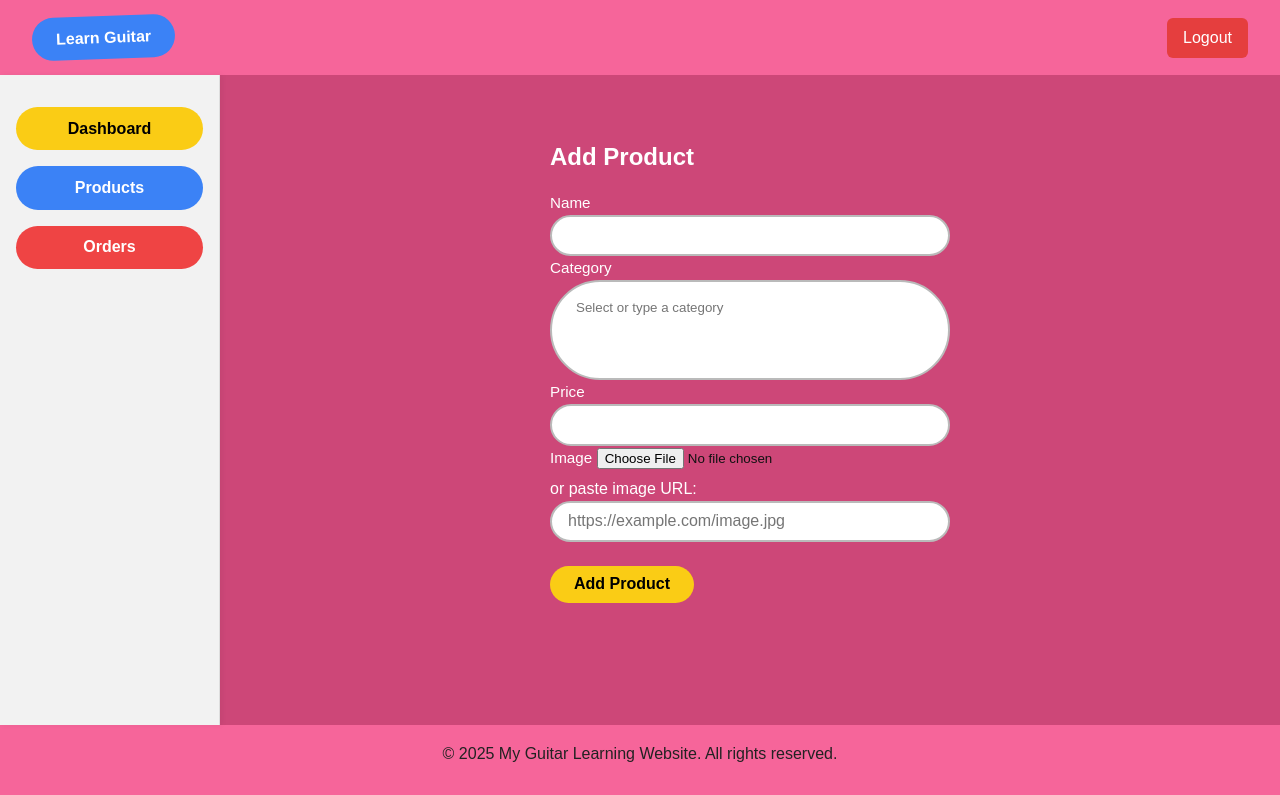
Repository: rywkoo/LearnGuitar
Page: templates/admin/addproduct.html
The author's editor kept a copy of each file at every save. The page is drawn from the files as they stood at one save, then again after the next save.
The browser window is 1280 px wide. The pictures show the whole page.
The page is served by the project's application, run on Flask 3 (app.py). Other server files are loaded and not shown. The template is opened directly, without the code that normally fills it, so the values that code supplies are empty.

Above is the page before, as saved 2025-08-25 22:40:38.

### templates/admin/addproduct.html
{% extends "admin/admin_master.html" %}

{% block main_content %}


<style>
.custom-dropdown {
  position: relative;
  width: 100%;
  height: 100px;
}

.custom-dropdown input {
  width: 100%;
  padding: 0.5rem;
  border-radius: 8px;
  border: 1px solid #ccc;
}

.dropdown-list {
  position: absolute;
  top: 100%;
  left: 0;
  right: 0;
  background: #fff;
  max-height: 150px;
  overflow-y: auto;
  border: 1px solid #ccc;
  border-radius: 8px;
  display: none;
  margin-top: 2px;
  z-index: 10;
}

.dropdown-list li {
  padding: 0.5rem;
  cursor: pointer;
}

.dropdown-list li:hover {
  background: #f0f0f0;
}

.dropdown-list li.other {
  font-style: italic;
  color: #555;
}
</style>


<div style="width: 400px; margin: 2rem auto;">
    <h2 style="color: white; margin-bottom: 1rem;">Add Product</h2>

    <form id="addProductForm" method="POST" enctype="multipart/form-data">
        <!-- Name -->
        <div class="mb-3">
            <label style="color: white;">Name</label>
            <input class="input" type="text" name="name" required>
        </div>

        <!-- Category -->
        <div class="mb-3">
            <label style="color: white;">Category</label>
            <div class="custom-dropdown input">
                <input
                    type="text"
                    id="categoryInput"
                    name="category"
                    placeholder="Select or type a category"
                    autocomplete="off"
                    value="{{ product['category'] if product else '' }}"
                    required
                    style="
                        background-color: white;
                        color: black;
                        border: none;
                        outline: none;
                        box-shadow: none;
                    "
                >

                <ul class="dropdown-list" id="categoryList">
                    {% for cat in categories %}
                        <li>{{ cat }}</li>
                    {% endfor %}
                    <li class="other">Other...</li>
                </ul>
            </div>
        </div>


        <!-- Price -->
        <div class="mb-3">
            <label style="color: white;">Price</label>
            <input class="input" type="number" name="price" required>
        </div>

        <!-- Image -->
        <div class="mb-3">
            <label style="color: white;">Image</label>
            <input type="file" name="image_file" accept="image/*" style="margin-bottom: 0.5rem;">
            <br>
            <span style="color: white;">or paste image URL:</span>
            <input class="input" type="text" name="image_url" placeholder="https://example.com/image.jpg">
        </div>

        <!-- Submit -->
    </br>
        <button class="btn btn-primary" type="submit">Add Product</button>
    </form>
</div>

<!-- Success Modal -->
<div id="successModal" style="
    display: none;
    position: fixed;
    inset: 0;
    background: rgba(0,0,0,0.5);
    justify-content: center;
    align-items: center;
    z-index: 999;
">
    <div style="
        background: #fff;
        padding: 2rem;
        border-radius: 12px;
        text-align: center;
        width: 300px;
    ">
        <div style="font-size: 3rem; color: green;">✔️</div>
        <h3>New Product Added!</h3>
    </div>
</div>

<script>
const form = document.getElementById('addProductForm');
const modal = document.getElementById('successModal');

form.addEventListener('submit', function(event) {
    event.preventDefault(); // Prevent default form submission

    const formData = new FormData(form);

    fetch(form.action || window.location.href, {
        method: 'POST',
        body: formData
    })
    .then(res => {
        if (res.ok) {
            // Show modal
            modal.style.display = 'flex';

            // Redirect to product list after 1.5s
            setTimeout(() => {
                window.location.href = "{{ url_for('admin_products') }}";
            }, 1500);
        } else {
            res.text().then(txt => alert('Error adding product: ' + txt));
        }
    })
    .catch(err => {
        console.error(err);
        alert('Error adding product.');
    });
});
</script>

<script>
const input = document.getElementById('categoryInput');
const list = document.getElementById('categoryList');

input.addEventListener('focus', () => {
  list.style.display = 'block';
});

input.addEventListener('input', () => {
  const value = input.value.toLowerCase();
  Array.from(list.children).forEach(li => {
    li.style.display = li.textContent.toLowerCase().includes(value) ? 'block' : 'none';
  });
});

Array.from(list.children).forEach(li => {
  li.addEventListener('click', () => {
    if (li.classList.contains('other')) {
      input.value = '';
      input.focus();
    } else {
      input.value = li.textContent;
    }
    list.style.display = 'none';
  });
});

document.addEventListener('click', e => {
  if (!e.target.closest('.custom-dropdown')) {
    list.style.display = 'none';
  }
});
</script>
{% endblock %}

### templates/admin/admin_master.html
<!DOCTYPE html>
<html lang="en">
<head>
  <meta charset="UTF-8">
  <title>{% block title %}My Flask App{% endblock %}</title>
  {% include "css.html" %}
</head>
<body style="margin:0; font-family: sans-serif;">

  <!-- ===== Navbar ===== -->
  <nav style="padding: 1rem 2rem; display: flex; justify-content: space-between; align-items: center; background: #f6659a; color:white;">
    <a href="/" class="btn btn-secondary btn-lg" style="transform: rotate(-2deg);">Learn Guitar</a>
    <div class="nav-links" style="display: flex; gap:5px;">
      <a href="/logout" style="padding: 0.5rem 1rem; background: #e53e3e; color:white; border-radius: 6px; text-decoration:none;">Logout</a>
    </div>
  </nav>

  <!-- ===== Layout Wrapper ===== -->
  <div style="display: flex; min-height: calc(100vh - 70px);">

    <!-- ===== Sidebar ===== -->
    <aside style="
      width: 220px;
      background: #f2f2f2;
      padding: 2rem 1rem;
      border-right: 1px solid #ddd;
      box-shadow: 2px 0 6px rgba(0,0,0,0.05);
    ">
      <nav style="display: flex; flex-direction: column; gap: 1rem;">
        <a class="btn btn-primary" href="/admin" >Dashboard</a>
        <a class="btn btn-secondary" href="/admin/products" >Products</a>
        <a class="btn btn-danger" href="/admin/orders" >Orders</a>
      </nav>
    </aside>

    <!-- ===== Main Content ===== -->
    <main style="flex: 1; padding: 2rem;">
      {% block main_content %}
      <!-- Page content will go here -->
      {% endblock %}
    </main>

  </div>

  <!-- ===== Footer ===== -->
  <footer style="text-align: center; padding: 1rem 1rem; background: #f6659a; color:white; border-top: 1px solid #f6659a;">
    <p>&copy; 2025 My Guitar Learning Website. All rights reserved.</p>
  </footer>

  {% include "script.html" %}

  <script src="https://unpkg.com/vue@3/dist/vue.global.js"></script>
</body>
</html>

### templates/css.html
<!-- css.html -->
<link rel="stylesheet" href="{{ url_for('static', filename='css/btn.css') }}">
<link rel="stylesheet" href="{{ url_for('static', filename='css/card.css') }}">
<link rel="stylesheet" href="{{ url_for('static', filename='css/input.css') }}">
<link rel="stylesheet" href="{{ url_for('static', filename='css/typography.css') }}">
<link rel="stylesheet" href="{{ url_for('static', filename='css/style.css') }}">
<link rel="stylesheet" href="{{ url_for('static', filename='css/animation.css') }}">
<link rel="stylesheet" href="{{ url_for('static', filename='css/lesson.css') }}">
<link rel="stylesheet" href="{{ url_for('static', filename='css/shop.css') }}">

### templates/script.html
<script src="https://cdn.jsdelivr.net/npm/sweetalert2@11"></script>
<script>
  // ===== Background Slider =====
  (function() {
    const bgSlider = document.querySelector('.hero-left .hero-bg-slider');
    if (!bgSlider) return; // Exit if element doesn't exist

    const images = [
      'https://www.uk-anime.net/images/bocchimain.png',
      'https://www.cnet.com/a/img/resize/3b4b3e192a9d75bd060ba4debe8d13a14caef990/hub/2024/07/06/b6981ace-771d-4971-8a9e-60e8c83bc66e/bocchi-the-rock-photo-1.jpg?auto=webp&fit=crop&height=900&width=1200',
      'https://www.uk-anime.net/images/bocchimain.png',
      'https://www.cnet.com/a/img/resize/3b4b3e192a9d75bd060ba4debe8d13a14caef990/hub/2024/07/06/b6981ace-771d-4971-8a9e-60e8c83bc66e/bocchi-the-rock-photo-1.jpg?auto=webp&fit=crop&height=900&width=1200'
    ];

    let current = 0;

    function changeBackground() {
      bgSlider.style.backgroundImage = `url(${images[current]})`;
      current = (current + 1) % images.length;
    }

    changeBackground();
    setInterval(changeBackground, 5000);
  })();
</script>

<script>
  // ===== Quantity Adjust =====
  function adjustQty(delta) {
    const input = document.getElementById('quantityInput');
    if (!input) return; // Exit if element doesn't exist

    let value = parseInt(input.value);
    if (!isNaN(value)) {
      input.value = Math.max(1, value + delta);
    }
  }
</script>

### app.py
from flask import Flask, render_template, request, redirect, url_for, flash, session, jsonify
from flask_mail import Mail, Message
import json
import requests
from datetime import date
from dotenv import load_dotenv
import os
from reportlab.lib.pagesizes import letter
from reportlab.pdfgen import canvas

app = Flask(__name__)
app.secret_key = "741e4fa4-f067-4aec-b48d-deb18e9cca92"

import route

@app.route("/components")
def components():
    return render_template("component.html")

if __name__ == "__main__":
    app.run(debug=True)

### static/css/btn.css
.btn {
  display: inline-block;
  padding: 0.6rem 1.5rem;
  border-radius: 9999px;  /* fully rounded */
  border: none;
  cursor: pointer;
  font-weight: 600;
  text-decoration: none;
  transition: background 0.2s, box-shadow 0.2s;
  font-size: 1rem;

  /* Add shadow */
/* flat shadow downwards */
}

/* Optional: hover effect (slightly stronger shadow) */
.btn:hover {
  box-shadow: 0 3px 0 #45454576;
}

/* Primary: Yellow bg, black text */
.btn-primary {
  background: #facc15;
  color: #000;
}

/* Secondary: Blue bg, white text */
.btn-secondary {
  background: #3b82f6;
  color: #fff;
}

/* Danger: Red bg, white text */
.btn-danger {
  background: #ef4444;
  color: #fff;
}

### static/css/card.css
/* ===== Base Card Component ===== */
.card {
  border-radius: 16px;       /* rounded corners */
  padding: 1.5rem;
  margin-bottom: 1.5rem;
  transition: box-shadow 0.3s, transform 0.2s;
  color: #111;               /* default text color */
  box-shadow: 0 4px 0 #888888; /* default flat shadow */
}

.card:hover {
  transform: translateY(-2px);
  box-shadow: 0 6px 0 #888888; /* slightly longer shadow on hover */
}

/* ===== Card Variants ===== */

/* Primary - Pink */
.card-pink {
  background: #f6659a;       /* light pink */
  box-shadow: 0 4px 0 #d35c7f;
}
.card-pink:hover {
  box-shadow: 0 6px 0 #af4d6b;
}

/* Secondary - Yellow */
.card-yellow {
  background: #facc15;       /* yellow */
  box-shadow: 0 4px 0 #d4a90f;
}
.card-yellow:hover {
  box-shadow: 0 6px 0 #e0b01a;
}

/* Danger/Accent - Blue */
.card-blue {
  background: #3b82f6;       /* blue */
  color: #fff;               /* white text for contrast */
  box-shadow: 0 4px 0 #2563eb;
}
.card-blue:hover {
  box-shadow: 0 6px 0 #1d4ed8;
}

/* Card header */
.card h2 {
  font-size: 1.25rem;
  margin-bottom: 0.8rem;
}

/* Card paragraph/text */
.card p {
  font-size: 1rem;
}

### static/css/input.css
/* ===== Input Fields ===== */
* {
  margin: 0;
  padding: 0;
  box-sizing: border-box; /* ensures padding is included in width */
}


.input {
  width: 100%;
  padding: 0.6rem 1rem;
  border: 2px solid #bababa;   /* gray border matching shadow */
  border-radius: 9999px;       /* fully rounded, like buttons */
  background: #ffffff;         /* very light pink background */
  font-size: 1rem;
  outline: none;
  transition: border-color 0.2s, box-shadow 0.2s;
  color: #111;                 /* dark text */
}

### static/css/typography.css
/* ===== Global Text Settings ===== */
body {
  font-family: 'Segoe UI', Tahoma, Geneva, Verdana, sans-serif;
  color: #111;       /* dark text for readability */
  line-height: 1.5;
  background: #fffafc; /* subtle light background */
}

/* ===== Headings ===== */
h1 {
  font-size: 2rem;
  font-weight: 700;
  margin-bottom: 1rem;
  color: #111;
}

h2 {
  font-size: 1.5rem;
  font-weight: 600;
  margin-bottom: 0.8rem;
  color: #111;
}

h3 {
  font-size: 1.25rem;
  font-weight: 500;
  margin-bottom: 0.6rem;
  color: #111;
}

/* ===== Paragraphs ===== */
p {
  font-size: 1rem;
  margin-bottom: 0.8rem;
  color: #222;  /* slightly lighter than headings */
}

/* ===== Labels ===== */
label {
  font-size: 0.95rem;
  font-weight: 500;
  color: #111;
}

/* ===== Links ===== */
a {
  text-decoration: none;
  transition: color 0.2s;
}

a:hover {
  text-decoration: none;
}

/* ===== Small Text ===== */
small {
  font-size: 0.85rem;
  color: #ffffff;
}

/* ===== Button Text ===== */
.btn {
  font-family: inherit; /* use same font as body */
  font-weight: 600;
  font-size: 1rem;
  text-align: center;
}

### static/css/style.css
body {
    background-color: #cd4778;
}

### static/css/animation.css

/* Animate background position horizontally */
@keyframes slideBg {
  0% { background-position: 0% center; }
  25% { background-position: 100% center; }
  50% { background-position: 200% center; }
  75% { background-position: 300% center; }
  100% { background-position: 400% center; }
}

### static/css/lesson.css
/* ===== Lesson Cards ===== */
.lesson-card {
  display: flex;
  align-items: center;
  gap: 1rem;
  padding: 1rem 1.5rem;
  border-radius: 16px;
  box-shadow: 0 4px 0 #888888; /* flat shadow downward */
  background: #fff;
  transition: transform 0.2s, box-shadow 0.2s;
}

.lesson-card:hover {
  transform: translateY(-3px);
  box-shadow: 0 6px 0 #666666;
}

/* Lesson image on the left */
.lesson-image img {
  width: 100px;
  height: 100px;
  object-fit: cover;
  border-radius: 8px;
}

/* Title in the middle */
.lesson-title {
  flex: 1;
  font-size: 1.2rem;
  color: #111;
}

/* Button on the right */
.lesson-action .btn {
  padding: 0.5rem 1.2rem;
  font-size: 1rem;
}

/* Optional: responsive for small screens */
@media (max-width: 600px) {
  .lesson-card {
    flex-direction: column;
    align-items: flex-start;
  }
  .lesson-action {
    width: 100%;
    margin-top: 0.5rem;
  }
}

### static/css/shop.css
/* ===== Shop Container ===== */

.hidden-card {
    display: none !important;
}

.shop-container {
  display: flex;
  gap: 2rem;
  padding: 2rem;
  max-width: 1400px;    /* limit width */
  margin: 0 auto;       /* center horizontally */
  box-sizing: border-box;
}

/* ===== Shop Sidebar ===== */
.shop-sidebar {
  width: 400px;
  flex-shrink: 0;
  background: #f5f5f5;
  padding: 1.5rem;
  border-radius: 16px;
  box-shadow: 0 4px 0 #ccc;
  display: flex;
  flex-direction: column;
  gap: 1.5rem;
  position: sticky;
  top: 1rem;
  height: fit-content;
}

/* Sidebar headings */
.shop-sidebar h3 {
  font-size: 1.1rem;
  font-weight: 600;
  color: #111;
  margin-bottom: 0.5rem;
}

/* Inputs inside sidebar */
.shop-sidebar input[type="text"],
.shop-sidebar input[type="checkbox"] {
  margin-bottom: 0.5rem;
}

/* Checkbox labels */
.shop-sidebar label {
  display: flex;
  align-items: center;
  gap: 0.5rem;
  font-size: 0.9rem;
  color: #111;
  cursor: pointer;
}

/* Filter button */
.shop-sidebar .btn-filter {
  background: #3b82f6;
  color: #fff;
  padding: 0.6rem 1rem;
  border-radius: 12px;
  font-weight: 600;
  border: none;
  cursor: pointer;
  transition: background 0.2s, box-shadow 0.2s;
}
.shop-sidebar .btn-filter:hover {
  background: #2563eb;
  box-shadow: 0 3px 0 #666;
}

/* ===== Shop Products Grid ===== */
.shop-products {
  display: grid;
  grid-template-columns: repeat(auto-fill, minmax(250px, 1fr));
  gap: 1rem;
  flex: 1;
}

/* ===== Shop / Instrument Card ===== */
.shop-card {
  display: flex;
  flex-direction: column;
  align-items: center;
  gap: 0.5rem;
  padding: 1rem;
  border-radius: 16px;
  box-shadow: 0 4px 0 #888;
  background: #fff;
  transition: transform 0.2s, box-shadow 0.2s;
}
.shop-card:hover {
  transform: translateY(-3px);
  box-shadow: 0 6px 0 #666;
}

/* Category badge */
.shop-card .shop-category {
  padding: 0.2rem 0.6rem;
  border-radius: 12px;
  background-color: #facc15;
  color: #111;
  font-size: 0.8rem;
  font-weight: 600;
  text-transform: uppercase;
}

/* Instrument image */
.shop-card img {
  width: 100%;
  aspect-ratio: 1 / 1;
  object-fit: cover;
  border-radius: 12px;
}

/* Instrument title */
.shop-card .shop-title {
  font-size: 1.1rem;
  font-weight: 600;
  text-align: center;
  color: #111;
}

/* Price */
.shop-card .shop-price {
  font-size: 1rem;
  font-weight: 500;
  color: #444;
}

/* Add to Cart button */
.shop-card .btn-add {
  padding: 0.5rem 1rem;
  margin-top: 0.5rem;
  width: 100%;
  text-align: center;
  border-radius: 12px;
}

/* ===== Responsive adjustments ===== */
@media (max-width: 992px) {
  .shop-container {
    flex-direction: column;
  }

  .shop-sidebar {
    width: 100%;
    position: relative;
    top: auto;
    box-shadow: none;
    border-radius: 0;
    padding: 1rem 0;
  }

  .shop-products {
    grid-template-columns: repeat(auto-fill, minmax(200px, 1fr));
  }
}

After the next save:
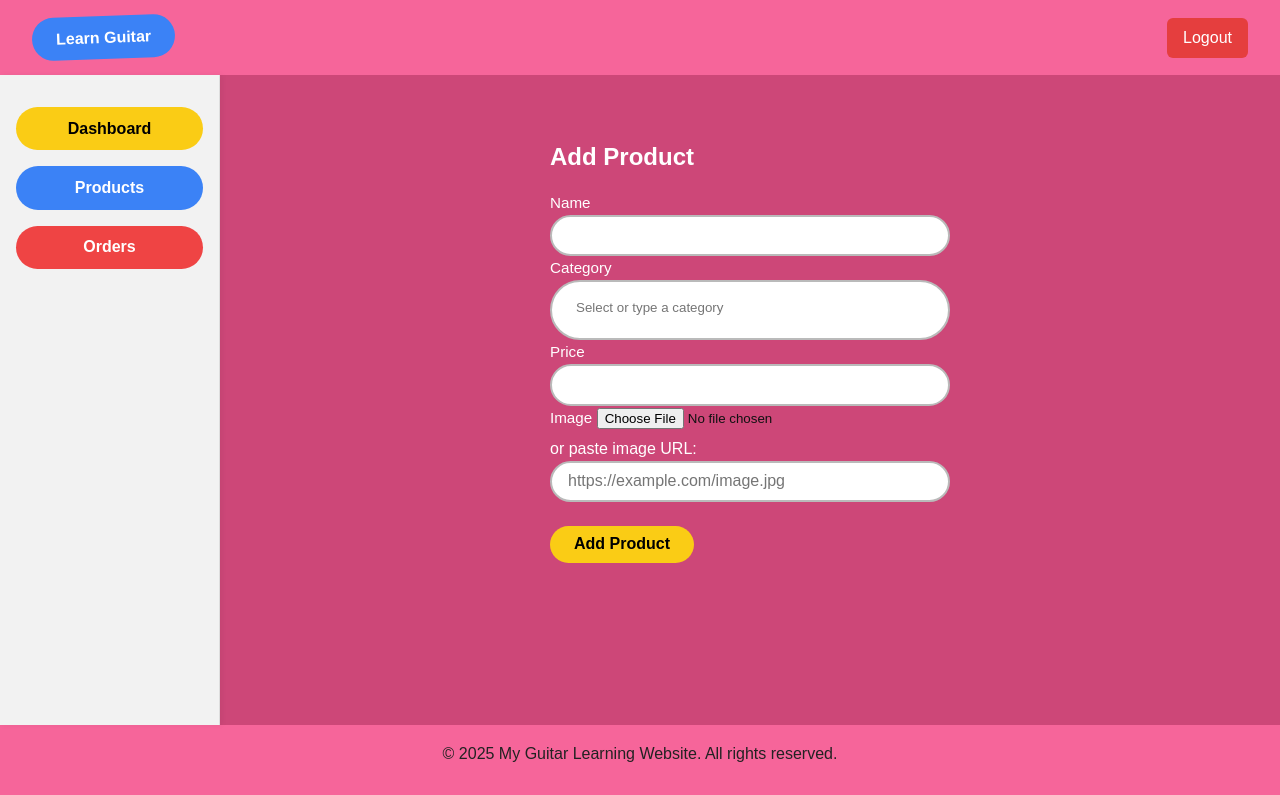
Saved 6 s later.
--- a/templates/admin/addproduct.html
+++ b/templates/admin/addproduct.html
@@ -7,7 +7,7 @@
 .custom-dropdown {
   position: relative;
   width: 100%;
-  height: 100px;
+  height: 60px;
 }
 
 .custom-dropdown input {
